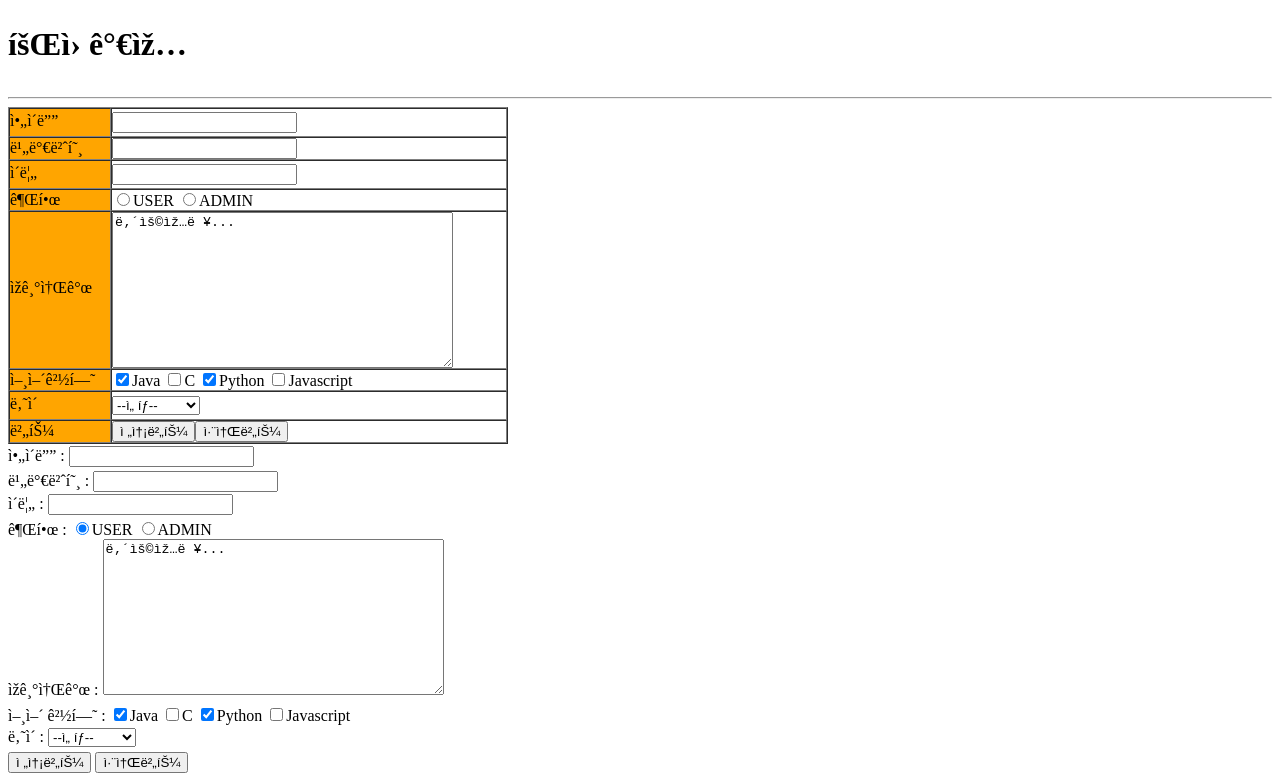
Repository: serim53/JSPStudy
Page: http://localhost/BoardWeb_JSP_/insertUserView.do
The author's editor kept a copy of each file at every save. The page is drawn from the files as they stood at one save, then again after the next save.
The browser window is 1280 px wide. The pictures show the whole page.
The page is served by Tomcat 10. Other server files are loaded and not shown.

Above is the page before, as saved 2025-07-08 05:07:33.

### BoardWeb(JSP)/src/main/webapp/WEB-INF/board/insertUser.jsp
<!DOCTYPE html PUBLIC "-//W3C//DTD HTML 4.01 Transitional//EN" "http://www.w3.org/TR/html4/loose.dtd">
<html>
<head>
<meta http-equiv="Content-Type" content="text/html; charset=UTF-8">
<title>회원가입</title>
</head>
<body>
<h1>회원 가입</h1>
<hr>
<form action="insertUser.do" method="get">

<table border="1" cellpadding="0" cellspacing="0" width="500">
	<tr>
		<td bgcolor="orange" width="100">아이디</td>
		<td><input type="text"/></td>
	</tr>
	<tr>
		<td bgcolor="orange">비밀번호</td>
		<td><input type="text"/></td>
	</tr>
	<tr>
		<td bgcolor="orange">이름</td>
		<td><input type="text"/></td>
	</tr>
	<tr>
		<td bgcolor="orange">권한</td>
		<td>
			<input name="role" type="radio" checked/>USER
      		<input name="role" type="radio"/>ADMIN<br>
    	</td>
	</tr>
	<tr>
		<td bgcolor="orange">자기소개</td>
		<td><textarea rows="10" cols="40">내용입력...</textarea></td>
	</tr>
	<tr>
		<td bgcolor="orange">언어경험</td>
		<td>
			<input type="checkbox" checked/>Java
		    <input type="checkbox"/>C
		    <input type="checkbox" checked/>Python
		    <input type="checkbox"/>Javascript
		</td>
	</tr>
	<tr>
		<td bgcolor="orange">나이</td>
		<td>
			<select>
			<option>--선택--
			<option>10대
			<option>20대
			<option>30대
			<option>40대
			<option>50대
			<option>60대 이상
	  </select>
		</td>
	</tr>
	<tr>
		<td bgcolor="orange">버튼</td>
		<td><input type="submit" value="전송버튼"/><input type="reset" value="취소버튼"/></td>
	</tr>
</table>
아이디 : <input type="text" size="20"/><br>
비밀번호 : <input type="password" size="20"/><br>
이름 : <input type="text"/><br>
권한 : <input name="role" type="radio" checked/>USER
      <input name="role" type="radio"/>ADMIN<br>
자기소개 : <textarea rows="10" cols="40">내용입력...</textarea><br>
언어 경험 : <input type="checkbox" checked/>Java
		  <input type="checkbox"/>C
		  <input type="checkbox" checked/>Python
		  <input type="checkbox"/>Javascript<br>
나이 : <select>
		<option>--선택--
		<option>10대
		<option>20대
		<option>30대
		<option>40대
		<option>50대
		<option>60대 이상
	  </select><br>
<input type="submit" value="전송버튼"/>
<input type="reset" value="취소버튼"/>
</form>
</body>
</html>

### BoardWeb(JSP)/src/main/java/com/multicampus/web/DispatcherServlet.java
package com.multicampus.web;

import java.io.IOException;
import java.util.List;

import com.multicampus.biz.board.BoardDAO;
import com.multicampus.biz.board.BoardVO;
import com.multicampus.biz.user.UserDAO;
import com.multicampus.biz.user.UserVO;

import jakarta.servlet.RequestDispatcher;
import jakarta.servlet.ServletConfig;
import jakarta.servlet.ServletException;
import jakarta.servlet.annotation.WebServlet;
import jakarta.servlet.http.HttpServlet;
import jakarta.servlet.http.HttpServletRequest;
import jakarta.servlet.http.HttpServletResponse;
import jakarta.servlet.http.HttpSession;

@WebServlet(urlPatterns = { "*.do" })
public class DispatcherServlet extends HttpServlet {
	private static final long serialVersionUID = 1L;

	private HandlerMapping handlerMapping;
	private ViewResolver viewResolver;

	public void init(ServletConfig config) throws ServletException {
		handlerMapping = new HandlerMapping();
		viewResolver = new ViewResolver("/WEB-INF/board/", ".jsp");
	}

	protected void service(HttpServletRequest request, HttpServletResponse response) throws ServletException, IOException {
		// 1. 브라우저의 요청 path 정보를 추출한다.
		String uri = request.getRequestURI();
		String path = uri.substring(uri.lastIndexOf("/"));
		System.out.println(path);

		// 2. HandlerMapping을 통해 요청을 처리할 Controller를 검색한다.
		Controller ctrl = handlerMapping.getController(path);

		// 3. 검색한 Controller를 실행한다.
		String viewName = ctrl.handleRequest(request, response);

		// 4. Controller가 리턴한 View 이름을 기반으로 이동할 화면 경로를 완성한다.
		String view = null;
		if(!viewName.contains(".do")) {
			if(viewName.equals("index")) {
				view = viewName + ".jsp";
			} else {
				view = viewResolver.getView(viewName);
			}
		} else {
			view = viewName;
		}

		// 5. 화면 이동한다.
		RequestDispatcher rd = request.getRequestDispatcher(view);
		rd.forward(request, response);
	}

}

### BoardWeb(JSP)/src/main/java/com/multicampus/web/Controller.java
package com.multicampus.web;

import jakarta.servlet.http.HttpServletRequest;
import jakarta.servlet.http.HttpServletResponse;

public interface Controller {

	String handleRequest(HttpServletRequest request, HttpServletResponse response);

}

### BoardWeb(JSP)/src/main/java/com/multicampus/web/user/InsertUserViewController.java
package com.multicampus.web.user;

import com.multicampus.web.Controller;

import jakarta.servlet.http.HttpServletRequest;
import jakarta.servlet.http.HttpServletResponse;

public class InsertUserViewController implements Controller {

	@Override
	public String handleRequest(HttpServletRequest request, HttpServletResponse response) {
		System.out.println("회원가입 화면으로 이동");

		return "insertUser";
	}

}

### BoardWeb(JSP)/src/main/java/com/multicampus/web/user/InsertUserController.java
package com.multicampus.web.user;

import com.multicampus.biz.user.UserDAO;
import com.multicampus.biz.user.UserVO;
import com.multicampus.web.Controller;

import jakarta.servlet.http.HttpServletRequest;
import jakarta.servlet.http.HttpServletResponse;

public class InsertUserController implements Controller {

	@Override
	public String handleRequest(HttpServletRequest request, HttpServletResponse response) {
		System.out.println("회원 가입 기능 처리");

		// 1. 사용자 입력정보 추출
		String id = request.getParameter("id");
		String password = request.getParameter("password");
		String name = request.getParameter("name");
		String role = request.getParameter("role");

		// 2. DB 연동 처리
		UserVO vo = new UserVO();
		vo.setId(id);
		vo.setPassword(password);
		vo.setName(name);
		vo.setRole(role);

		UserDAO dao = new UserDAO();
		dao.insertUser(vo);

		// 3. 화면 이동
		return "index";
	}

}

### BoardWeb(JSP)/src/main/java/com/multicampus/web/user/LoginViewController.java
package com.multicampus.web.user;

import com.multicampus.web.Controller;

import jakarta.servlet.http.HttpServletRequest;
import jakarta.servlet.http.HttpServletResponse;

public class LoginViewController implements Controller {

	@Override
	public String handleRequest(HttpServletRequest request, HttpServletResponse response) {
		System.out.println("로그인 화면으로 이동");

		return "login";
	}

}

### BoardWeb(JSP)/src/main/java/com/multicampus/web/user/LoginController.java
package com.multicampus.web.user;

import com.multicampus.biz.user.UserDAO;
import com.multicampus.biz.user.UserVO;
import com.multicampus.web.Controller;

import jakarta.servlet.http.HttpServletRequest;
import jakarta.servlet.http.HttpServletResponse;
import jakarta.servlet.http.HttpSession;

public class LoginController implements Controller {

	@Override
	public String handleRequest(HttpServletRequest request, HttpServletResponse response) {
		System.out.println("로그인 기능 처리");

		// 1. 사용자 입력정보 추출
		String id = request.getParameter("id");
		String password = request.getParameter("password");

		// 2. DB 연동 처리
		UserVO vo = new UserVO();
		vo.setId(id);
		vo.setPassword(password);

		UserDAO dao = new UserDAO();
		UserVO user = dao.getUser(vo);

		// 3. 화면 이동
		if(user != null) {
			// 로그인 성공
			HttpSession session = request.getSession();
			session.setAttribute("user", user);
			return "getBoardList.do";
		} else {
			// 로그인 실패
			return "loginView.do";
		}

	}

}

### BoardWeb(JSP)/src/main/java/com/multicampus/web/user/LogoutController.java
package com.multicampus.web.user;

import com.multicampus.web.Controller;

import jakarta.servlet.http.HttpServletRequest;
import jakarta.servlet.http.HttpServletResponse;
import jakarta.servlet.http.HttpSession;

public class LogoutController implements Controller {

	@Override
	public String handleRequest(HttpServletRequest request, HttpServletResponse response) {
		System.out.println("로그아웃 기능 처리");

		// 로그아웃을 요청한 브라우저와 매핑된 세션을 강제로 종료한다.
		HttpSession session = request.getSession();
		session.invalidate();

		// 화면 이동
		return "index";

	}

}

### BoardWeb(JSP)/src/main/java/com/multicampus/web/board/InsertBoardViewController.java
package com.multicampus.web.board;

import com.multicampus.web.Controller;

import jakarta.servlet.http.HttpServletRequest;
import jakarta.servlet.http.HttpServletResponse;

public class InsertBoardViewController implements Controller {

	@Override
	public String handleRequest(HttpServletRequest request, HttpServletResponse response) {
		System.out.println("글 등록 화면으로 이동");

		return "insertBoard";
	}

}

### BoardWeb(JSP)/src/main/java/com/multicampus/web/board/InsertBoardController.java
package com.multicampus.web.board;

import com.multicampus.biz.board.BoardDAO;
import com.multicampus.biz.board.BoardVO;
import com.multicampus.web.Controller;

import jakarta.servlet.http.HttpServletRequest;
import jakarta.servlet.http.HttpServletResponse;

public class InsertBoardController implements Controller {

	@Override
	public String handleRequest(HttpServletRequest request, HttpServletResponse response) {
		System.out.println("글 등록 기능 처리");

		// 1. 사용자 입력정보 추출
		String title = request.getParameter("title");
		String writer = request.getParameter("writer");
		String content = request.getParameter("content");

		// 2. DB 연동 처리
		BoardVO vo = new BoardVO();
		vo.setTitle(title);
		vo.setWriter(writer);
		vo.setContent(content);

		BoardDAO dao = new BoardDAO();
		dao.insertBoard(vo);

		// 3. 화면 이동
		return "getBoardList.do";

	}

}

### BoardWeb(JSP)/src/main/java/com/multicampus/web/board/UpdateBoardController.java
package com.multicampus.web.board;

import com.multicampus.biz.board.BoardDAO;
import com.multicampus.biz.board.BoardVO;
import com.multicampus.web.Controller;

import jakarta.servlet.http.HttpServletRequest;
import jakarta.servlet.http.HttpServletResponse;

public class UpdateBoardController implements Controller {

	@Override
	public String handleRequest(HttpServletRequest request, HttpServletResponse response) {
		System.out.println("글 수정 기능 처리");

		// 1. 사용자 입력정보 추출
		String title = request.getParameter("title");
		String seq = request.getParameter("seq");
		String content = request.getParameter("content");

		// 2. DB 연동 처리
		BoardVO vo = new BoardVO();
		vo.setTitle(title);
		vo.setSeq(Integer.parseInt(seq));
		vo.setContent(content);

		BoardDAO dao = new BoardDAO();
		dao.updateBoard(vo);

		// 3. 화면 이동
		return "getBoardList.do";
	}

}

### BoardWeb(JSP)/src/main/java/com/multicampus/web/board/DeleteBoardController.java
package com.multicampus.web.board;

import com.multicampus.biz.board.BoardDAO;
import com.multicampus.biz.board.BoardVO;
import com.multicampus.web.Controller;

import jakarta.servlet.http.HttpServletRequest;
import jakarta.servlet.http.HttpServletResponse;

public class DeleteBoardController implements Controller {

	@Override
	public String handleRequest(HttpServletRequest request, HttpServletResponse response) {
		System.out.println("글 삭제 기능 처리");

		// 1. 사용자 입력정보 추출
		String seq = request.getParameter("seq");

		// 2. DB 연동 처리
		BoardVO vo = new BoardVO();
		vo.setSeq(Integer.parseInt(seq));

		BoardDAO dao = new BoardDAO();
		dao.deleteBoard(vo);

		// 3. 화면 이동
		return "getBoardList.do";
	}

}

### BoardWeb(JSP)/src/main/java/com/multicampus/web/board/GetBoardController.java
package com.multicampus.web.board;

import com.multicampus.biz.board.BoardDAO;
import com.multicampus.biz.board.BoardVO;
import com.multicampus.web.Controller;

import jakarta.servlet.http.HttpServletRequest;
import jakarta.servlet.http.HttpServletResponse;

public class GetBoardController implements Controller {

	@Override
	public String handleRequest(HttpServletRequest request, HttpServletResponse response) {
		System.out.println("글 상세 조회 기능 처리");

		// 1. 사용자 입력정보 추출
		String seq = request.getParameter("seq");

		// 2. DB 연동 처리
		BoardVO vo = new BoardVO();
		vo.setSeq(Integer.parseInt(seq));

		BoardDAO dao = new BoardDAO();
		BoardVO board = dao.getBoard(vo);

		// 3. Model(DAO)을 통해 검색한 데이터를 View(JSP)에서 사용할 수 있도록 request에 등록한다.
		request.setAttribute("board", board);

		// 4. 화면 이동
		return "getBoard";
	}

}

### BoardWeb(JSP)/src/main/java/com/multicampus/web/board/GetBoardListController.java
package com.multicampus.web.board;

import java.util.List;

import com.multicampus.biz.board.BoardDAO;
import com.multicampus.biz.board.BoardVO;
import com.multicampus.web.Controller;

import jakarta.servlet.http.HttpServletRequest;
import jakarta.servlet.http.HttpServletResponse;

public class GetBoardListController implements Controller {

	@Override
	public String handleRequest(HttpServletRequest request, HttpServletResponse response) {
		System.out.println("글 목록 검색 기능 처리");

		// 1. 사용자 입력정보 추출
		String condition = request.getParameter("condition");
		String keyword = request.getParameter("keyword");

		// null check
		if(condition == null) condition = "title";
		if(keyword == null) keyword = "";

		request.setAttribute("condition", condition);
		request.setAttribute("keyword", keyword);

		// 2. DB 연동 처리
		BoardVO vo = new BoardVO();
		vo.setCondition(condition);
		vo.setKeyword(keyword);

		BoardDAO dao = new BoardDAO();
		List<BoardVO> boardList = dao.getBoardList(vo);

		// 3. Model(DAO)을 이용하여 검색한 데이터를 View(JSP)에서 사용할 수 있도록 request에 등록한다.
		request.setAttribute("boardList", boardList);

		// 4. 화면 이동
		return "getBoardList";

	}

}

After the next save:
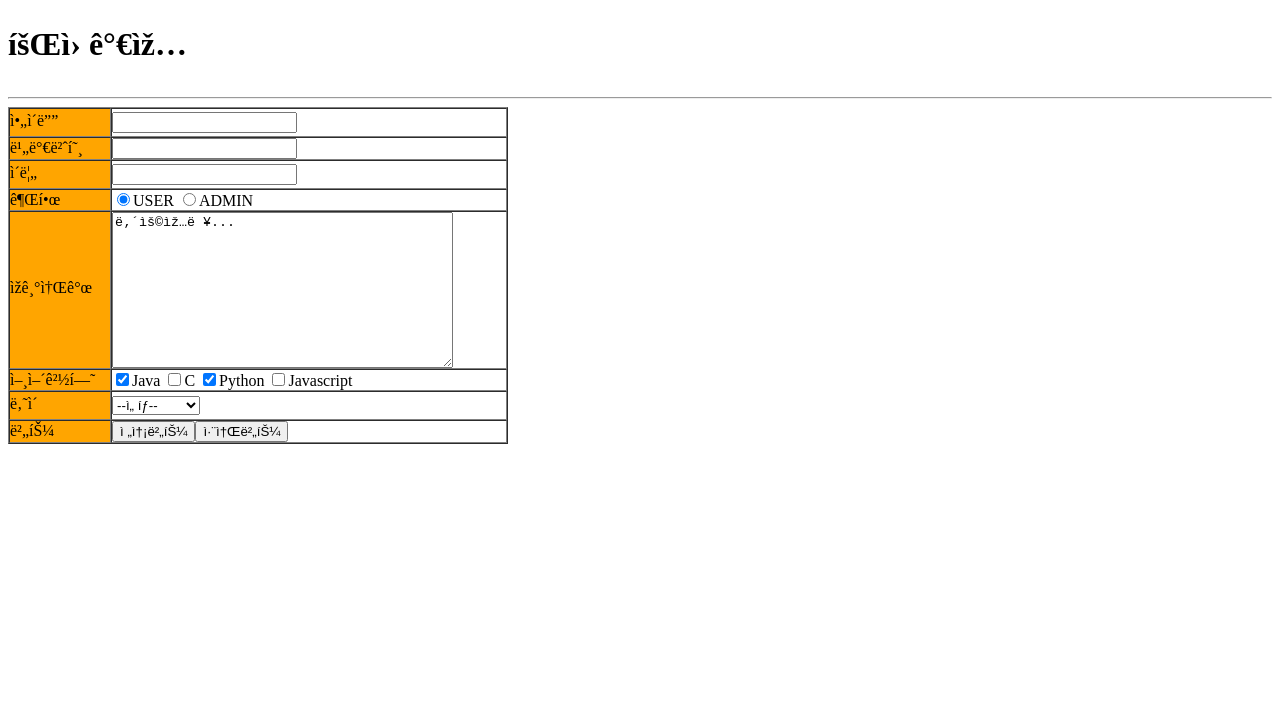
Saved 13 s later.
--- a/BoardWeb(JSP)/src/main/webapp/WEB-INF/board/insertUser.jsp
+++ b/BoardWeb(JSP)/src/main/webapp/WEB-INF/board/insertUser.jsp
@@ -61,7 +61,7 @@
 		<td><input type="submit" value="전송버튼"/><input type="reset" value="취소버튼"/></td>
 	</tr>
 </table>
-아이디 : <input type="text" size="20"/><br>
+<!-- 아이디 : <input type="text" size="20"/><br>
 비밀번호 : <input type="password" size="20"/><br>
 이름 : <input type="text"/><br>
 권한 : <input name="role" type="radio" checked/>USER
@@ -81,7 +81,7 @@
 		<option>60대 이상
 	  </select><br>
 <input type="submit" value="전송버튼"/>
-<input type="reset" value="취소버튼"/>
+<input type="reset" value="취소버튼"/> -->
 </form>
 </body>
 </html>
